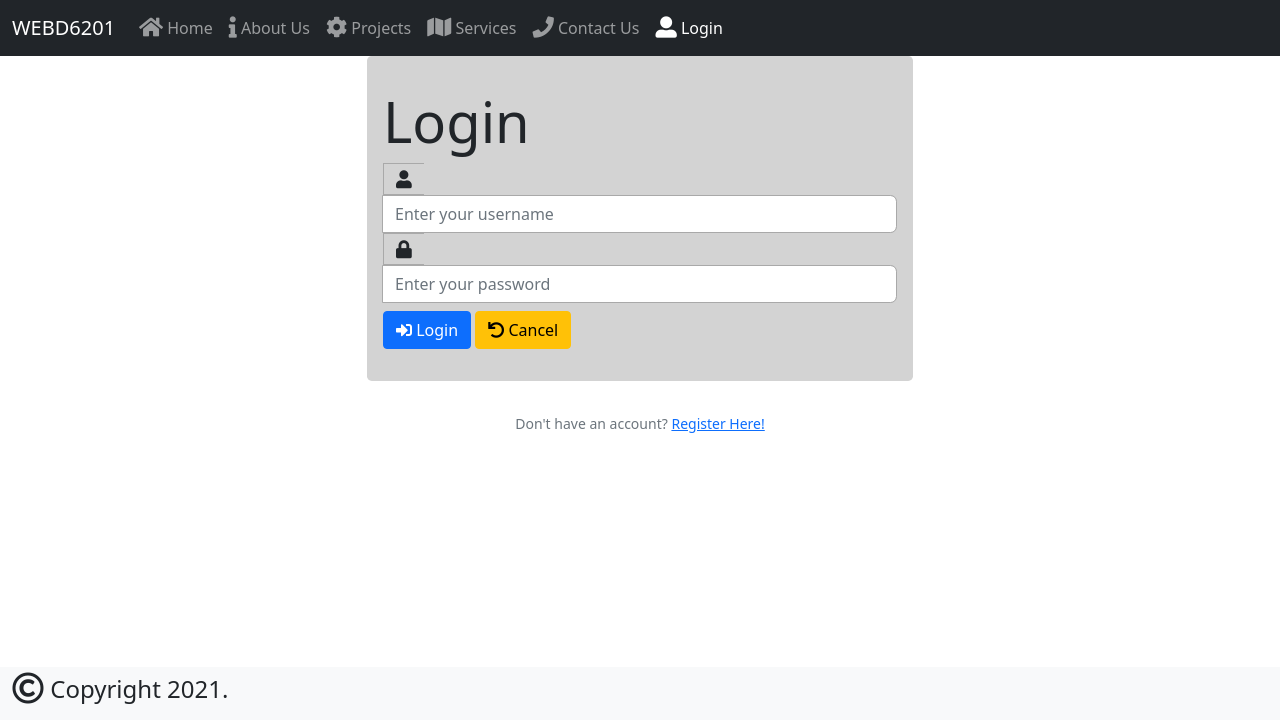
Repository: CKM206/WebD6201-W2021-ICE5
Page: login.html
These files come from the project's save history. The page is drawn as it stood at one moment and after the next save; the edit follows.
The browser window is 1280 px wide. The pictures show the whole page.

Above is the page before, as saved 2021-03-07 01:27:09.

After the next save:
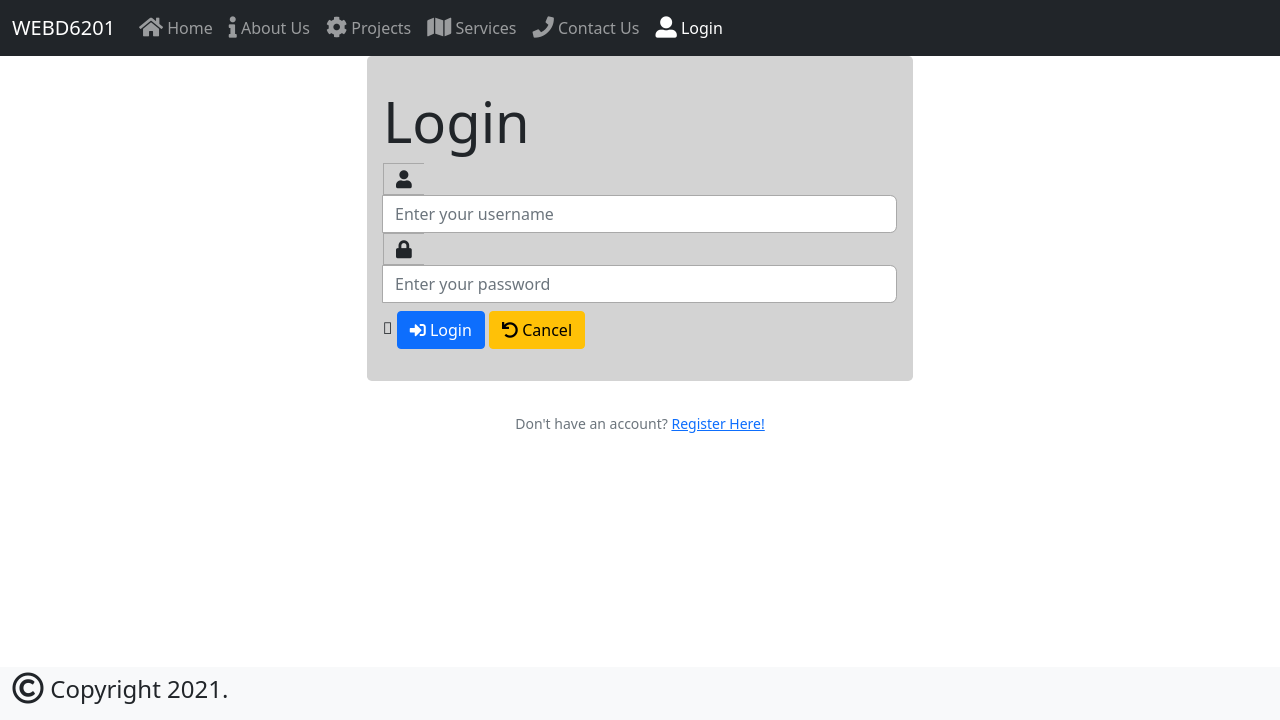
Saved 34 s later.
--- a/login.html
+++ b/login.html
@@ -80,7 +80,7 @@
                         </div>
 
                       </div>
-                      <div class="text-right">
+                      <div class="text-right fa-align-right">
                         <button id="loginButton" type="submit" class="btn btn-primary"> <i class="fas fa-sign-in-alt"></i> Login</button>
                         <button id="cancelButton" type="button" class="btn btn-warning"> <i class="fas fa-undo"></i> Cancel</button>
                       </div>

After the save that followed:
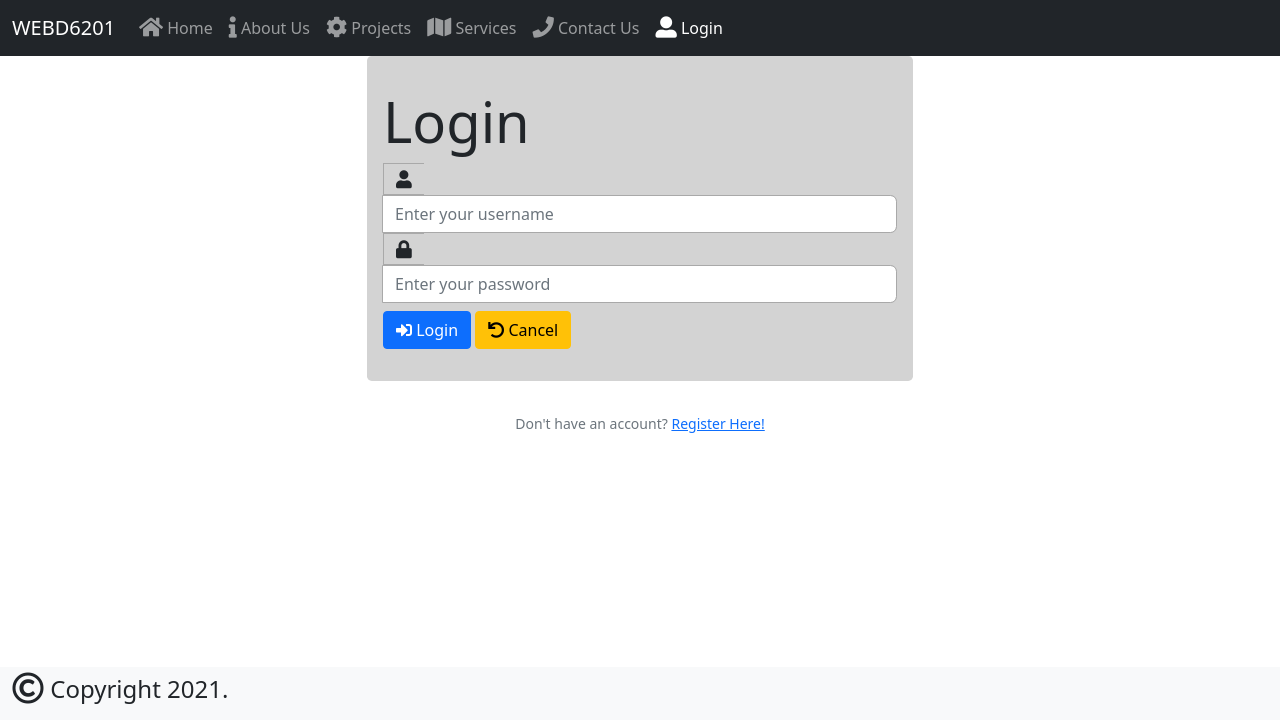
Saved 10 s later.
--- a/login.html
+++ b/login.html
@@ -80,7 +80,7 @@
                         </div>
 
                       </div>
-                      <div class="text-right fa-align-right">
+                      <div class="text-right">
                         <button id="loginButton" type="submit" class="btn btn-primary"> <i class="fas fa-sign-in-alt"></i> Login</button>
                         <button id="cancelButton" type="button" class="btn btn-warning"> <i class="fas fa-undo"></i> Cancel</button>
                       </div>
